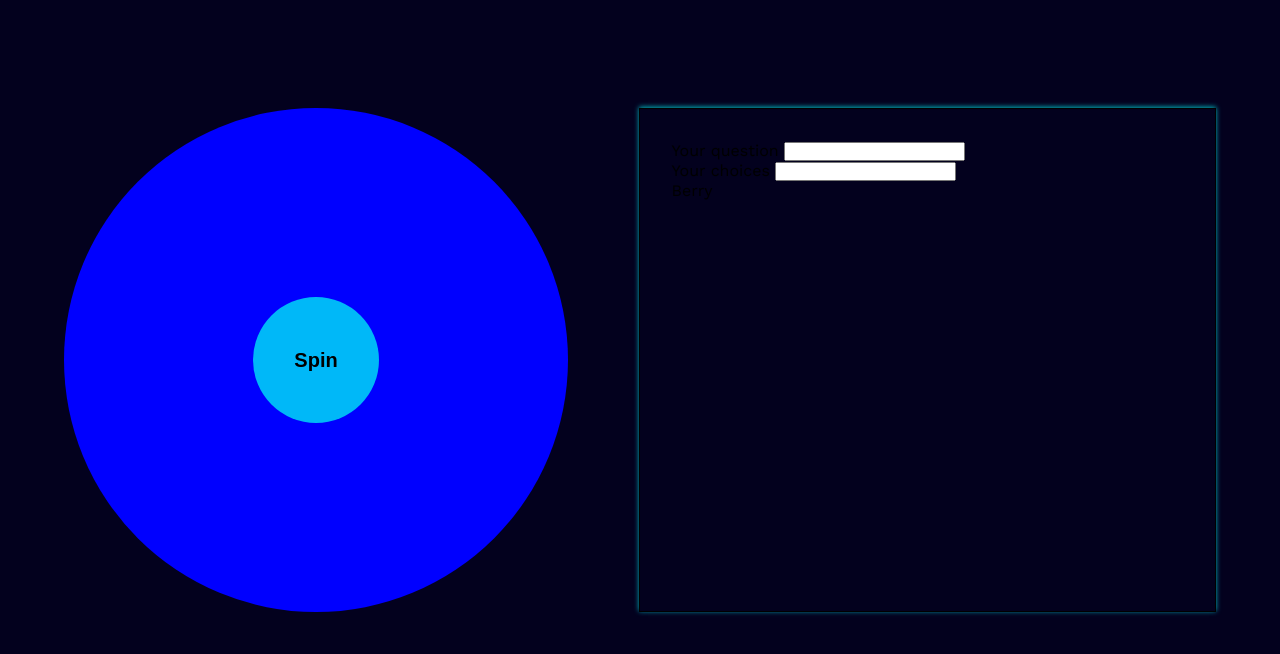
Repository: emiliaiwu/choice_wheel_spinner
Page: index.html
These files come from the project's save history. The page is drawn as it stood at one moment and after the next save; the edit follows.
The browser window is 1280 px wide. The pictures show the whole page.

Above is the page before, as saved 2023-01-09 23:41:55.

### index.html
<!DOCTYPE html>
<html lang="en">
<head>
    <meta charset="UTF-8">
    <meta http-equiv="X-UA-Compatible" content="IE=edge">
    <meta name="viewport" content="width=device-width, initial-scale=1.0">
    <link rel="stylesheet" href="style.css">
    <title>Choice Picker</title>
</head>
<body>
    <div class="container">
        <div class="choice_picker_container">
            <div class="choice_picker">
                <div class="circle">
                    <button class="spin">
                        <h2>Spin</h2>
                    </button>
                </div>
            </div>
            <div class="choice_details">
                <div class="question">
                    <label for="question">Your question</label>
                    <input type="text" name="question" id="question">
                </div>
                <div class="make_choices">
                    <label for="choices">Your choices</label>
                    <input type="text" name="choices" id="choices">
                </div>
                <div class="listed_choices">
                    <span class="choice">Berry</span>
                </div>
            </div>
        </div>
        <div class="picked_choice">

        </div>
    </div>
</body>
</html>

### style.css
@import url('https://fonts.googleapis.com/css2?family=Work+Sans:ital,wght@0,400;0,500;1,700&display=swap');

* {
    padding: 0;
    margin: 0;
    box-sizing: border-box;
}


body {
    background-color: rgb(3, 1, 30);
    font-family: 'Work Sans', sans-serif;
    max-width: 100vw;
    min-height: 100vh;

}

body,
.spin {
    display: flex;
    align-items: center;
    justify-content: center;

}

.container {
    padding: 5%;
}

.container,
.choice_picker {
    width: 100%;
    height: 100%;
}

.choice_picker_container {
    display: flex;
    align-items: flex-start;
    justify-content: space-between;
    gap: 2rem;
}

.circle {
    width: 70vmin;
    height: 70vmin;
    background-color: blue;
    border-radius: 50%;
    position: relative;
}

.spin {
    width: 25%;
    height: 25%;
    background-color: rgba(0, 246,246,0.75);
    position: absolute;
    border-radius: 50%;
    top: 50%;
    left: 50%;
    transform: translate(-50%, -50%);
    outline: none;
    border: none;
}


.choice_details {
    border: 1px solid ;
    padding: 2rem;
    height: 70vmin;
    width: 100%;
    background-color: ;
    box-shadow: 0px -1px 5px 0px rgba(0, 246,246,0.75);
    -webkit-box-shadow: 0px -1px 5px 0px rgba(0, 246,246,0.75);
    -moz-box-shadow: 0px -1px 5px 0px rgba(0, 246,246,0.75);
}

After the next save:
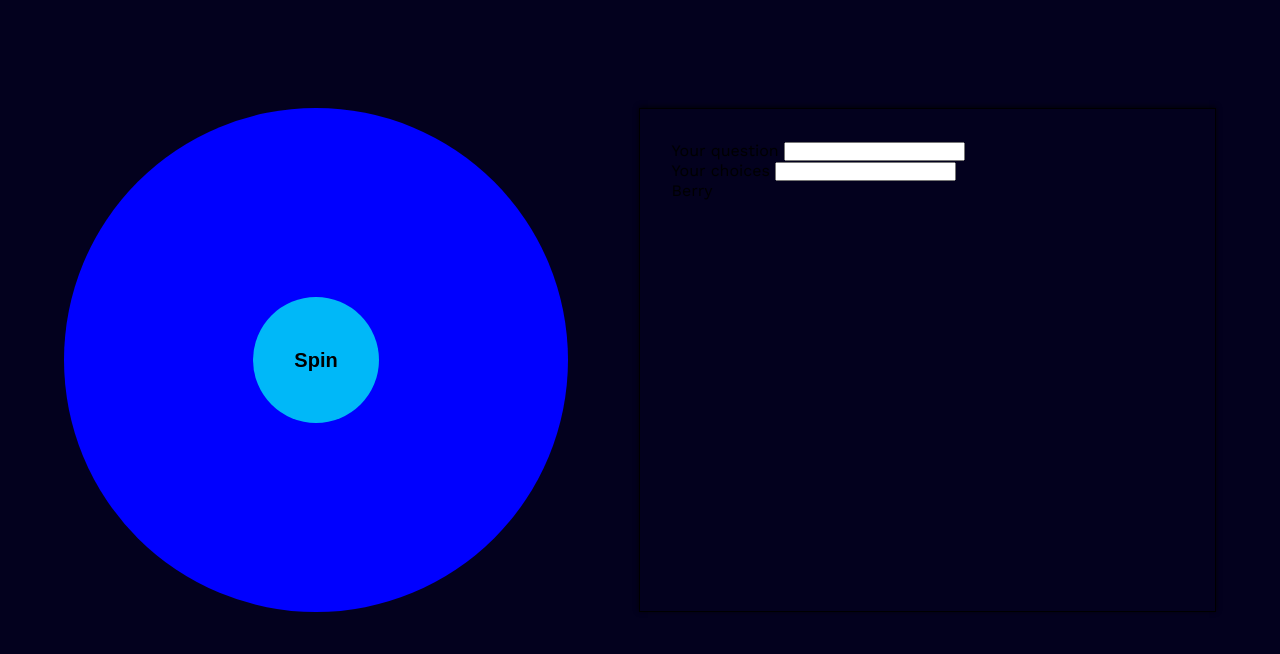
Saved 16 s later.
--- a/style.css
+++ b/style.css
@@ -68,7 +68,7 @@ body,
     height: 70vmin;
     width: 100%;
     background-color: ;
-    box-shadow: 0px -1px 5px 0px rgba(0, 246,246,0.75);
-    -webkit-box-shadow: 0px -1px 5px 0px rgba(0, 246,246,0.75);
-    -moz-box-shadow: 0px -1px 5px 0px rgba(0, 246,246,0.75);
+    box-shadow: 0px -1px 5px 0px rgba(0, 0,0,0.75);
+    -webkit-box-shadow: 0px -1px 5px 0px rgba(0, 0,0,0.75);
+    -moz-box-shadow: 0px -1px 5px 0px rgba(0, 0,0,0.75);
 }
